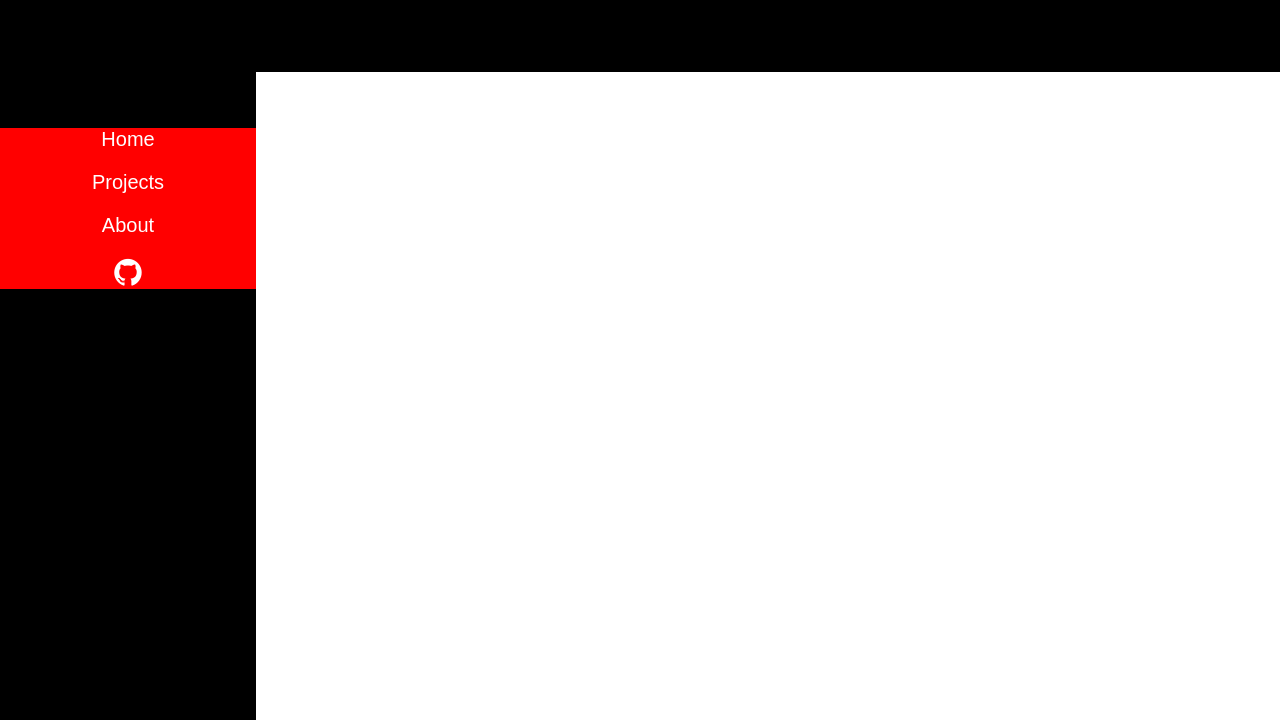
Repository: josephinel6/josephinel6.github.io
Page: index.html
These files come from the project's save history. The page is drawn as it stood at one moment and after the next save; the edit follows.
The browser window is 1280 px wide. The pictures show the whole page.

Above is the page before, as saved 2023-04-04 10:56:41.

After the next save:
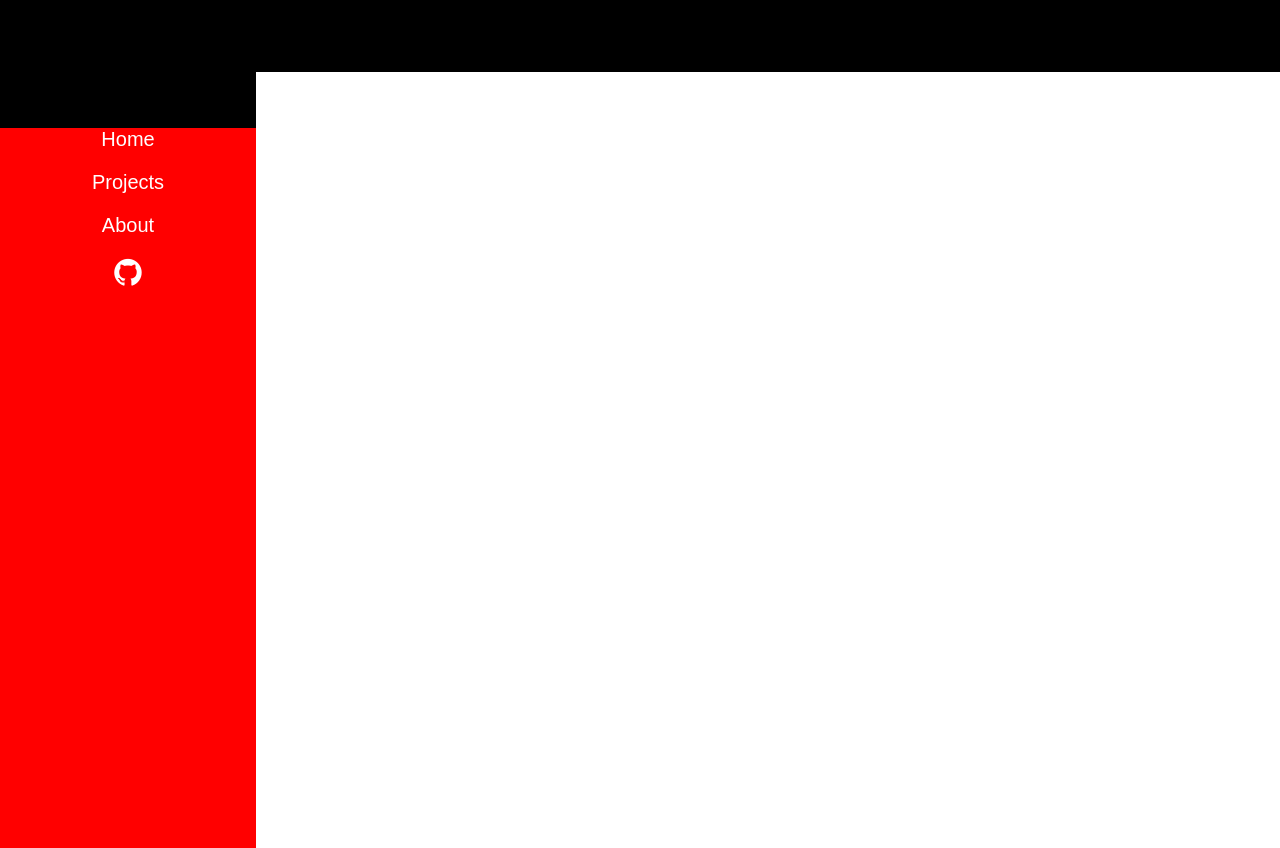
Saved 8 s later.
--- a/index.html
+++ b/index.html
@@ -62,7 +62,7 @@
 
 <body>
     <div id="menu">
-        <div style="position:relative; background-color: red;">
+        <div style="position:relative; background-color: red; height: 100%">
             <div>
                 <CENTER>
                     <p class="menutext" style="margin-top: 50%"> Home </p>
